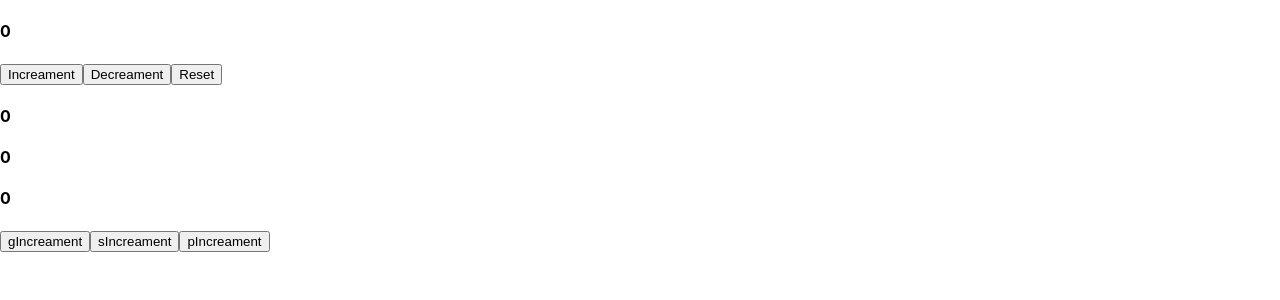
Repository: nir-github01/Reactjs
Page: / (app in counterapp/)
An editor plug-in stored every save of this project. The page is shown before and after the next save, followed by the edit.
The browser window is 1280 px wide. The pictures show the whole page.
The project was rebuilt for these pictures with package versions that can differ from the ones it lists, and the page was loaded fresh each time.

Above is the page before, as saved 2023-03-01 23:19:12.

### counterapp/src/index.js
import React from 'react';
import ReactDOM from 'react-dom/client';
import './index.css';
import App from './App';
import reportWebVitals from './reportWebVitals';
import Objectcount from './ObjectCount';

const root = ReactDOM.createRoot(document.getElementById('root'));
root.render(
  <React.StrictMode>
    <App />
    <Objectcount />
  </React.StrictMode>
);

// If you want to start measuring performance in your app, pass a function
// to log results (for example: reportWebVitals(console.log))
// or send to an analytics endpoint. Learn more: https://bit.ly/CRA-vitals
reportWebVitals();

### counterapp/src/App.js
// import logo from './logo.svg';
// import './App.css';

import { useState } from "react";




function App() {

  // const [count, setCount] = useState(0)  // normal condition

  //More accureate condition
  const [count, setCount] = useState(()=>{
    console.log('useState Excuted');
    return 0;
  })

  function increament(){
    // setCount(count + 1); // Normal Condition
    // setCount(count + 1);

    setCount((count)=>count + 1); //For Syncronous functionality
    // setCount((count)=>count + 1);
  }

  function decreament(){
    // setCount(count + 1); // Normal Condition
    // setCount(count + 1);
    if(count >= 1){
      setCount((count)=>count - 1);
    }
     //For Syncronous functionality
    // setCount((count)=>count - 1);
  }

  function reset(){
    // setCount(count + 1); // Normal Condition
    // setCount(count + 1);

    setCount((count)=> count =0); //For Syncronous functionality
    setCount((count)=> count =0);
  }
  return (
    <div className="App">
        <h4 >{count}</h4>
        <button onClick={increament}>Increament</button>
        <button onClick={decreament}>Decreament</button>
        <button onClick={reset}>Reset</button>
    </div>
  );
}

export default App;

### counterapp/src/ObjectCount.js

import React, { useState } from "react";


function Objectcount() {

  // const [count, setCount] = useState(0)  // normal condition

  //More accureate condition
  const [coins, setCoins] = useState({gold:0, silver:0, platinum:0})
  const  {gold, silver, platinum} = coins;
  function goldInc(){
    // setCount(count + 1); // Normal Condition
    // setCount(count + 1);
       setCoins({...coins, gold:gold + 1});
    // setCount((count)=>count + 1); //For Syncronous functionality
    // setCount((count)=>count + 1);

  }
  function silverInc(){
    // setCount(count + 1); // Normal Condition
    // setCount(count + 1);
    setCoins({...coins, silver:silver + 1});
    // setCount((count)=>count + 1); //For Syncronous functionality
    // setCount((count)=>count + 1);
  }

  function platinumInc(){
    // setCount(count + 1); // Normal Condition
    // setCount(count + 1);
    setCoins({...coins, platinum:platinum + 1});
    // setCount((count)=>count + 1); //For Syncronous functionality
    // setCount((count)=>count + 1);
  }

  return (
    <div className="ObjectCount">
        <h4 >{ gold}</h4>   <h4 >{silver}</h4>  <h4 >{platinum}</h4>
        <button onClick={goldInc}>gIncreament</button>
        <button onClick={silverInc}>sIncreament</button>
        <button onClick={platinumInc}>pIncreament</button>

    </div>
  );
}

export default Objectcount;

Loaded but not shown: counterapp/public/index.html (common file); counterapp/src/index.css (common file); counterapp/src/reportWebVitals.js (common file)

After the next save:
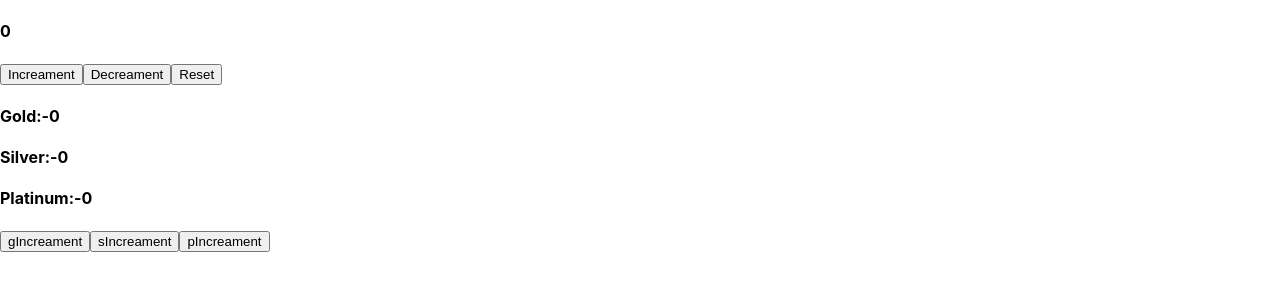
Saved 97 s later.
--- a/counterapp/src/ObjectCount.js
+++ b/counterapp/src/ObjectCount.js
@@ -35,7 +35,7 @@ function Objectcount() {
 
   return (
     <div className="ObjectCount">
-        <h4 >{ gold}</h4>   <h4 >{silver}</h4>  <h4 >{platinum}</h4>
+        <h4 >{'Gold' +':-'+ gold}</h4>   <h4 >{ 'Silver' +':-'+ silver}</h4>  <h4 >{ 'Platinum' +':-'+platinum}</h4>
         <button onClick={goldInc}>gIncreament</button>
         <button onClick={silverInc}>sIncreament</button>
         <button onClick={platinumInc}>pIncreament</button>
